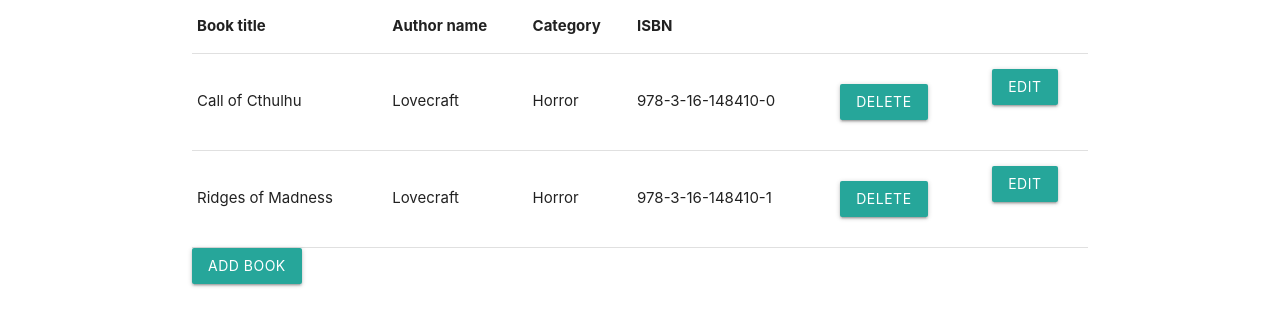
Repository: AlexanderBil/bookShalf
Page: /
The author's editor kept a copy of each file at every save. The page is drawn from the files as they stood at one save, then again after a run of saves.
The browser window is 1280 px wide. The pictures show the whole page.
The project was rebuilt for these pictures with package versions that can differ from the ones it lists, and the page was loaded fresh each time. Also part of the build but not shown: src/components/AddBook.js, src/components/Edit.js, src/components/Modal.css.

Above is the page before, as saved 2021-06-27 20:15:05.

After the next 2 saves:
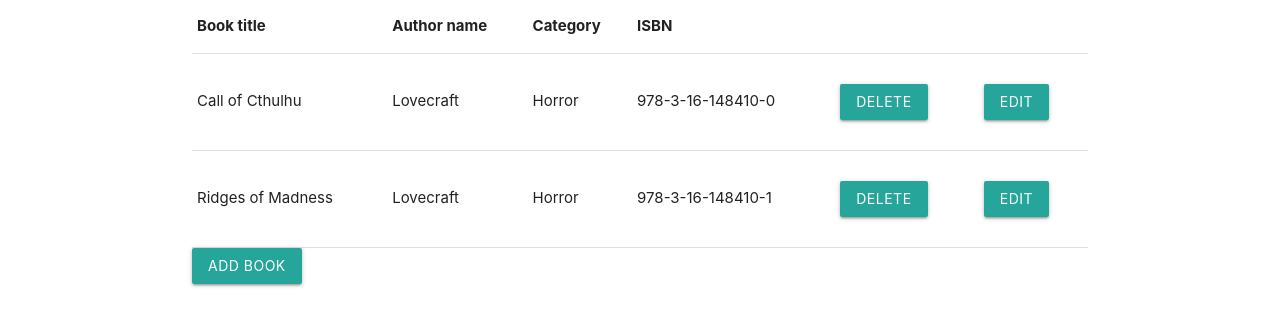
The 2 saves are shown as one change because they came seconds apart.
The last was saved 6 s later.
--- a/src/components/ListBook.js
+++ b/src/components/ListBook.js
@@ -38,7 +38,7 @@ function ListBook(props){
                   <td>{item.category}</td>
                   <td>{item.isbn}</td>
                   <td><button onClick = {removeItem} className = "btn delete" id = {item.id}>Delete</button></td>
-                  <td></td><Link to = '/edit'><button onClick = {editItem}  className = "btn edit" id = {item.id}>Edit</button></Link>
+                  <td><Link to = '/edit'><button onClick = {editItem}  className = "btn edit" id = {item.id}>Edit</button></Link></td>
                 </tr>
           </tbody>
           )}
